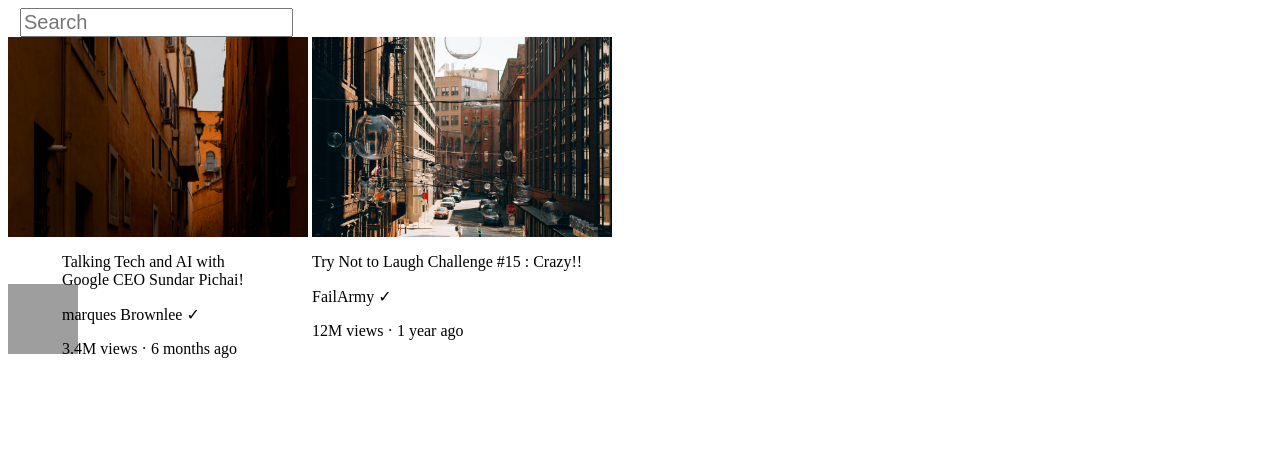
Repository: Yeyolive/WebDev_Collab_2025
Page: Basic_Projects/HTML-CSS course/youtube/youtube.html
An editor plug-in stored every save of this project. The page is shown before and after the next save, followed by the edit.
The browser window is 1280 px wide. The pictures show the whole page.
Pictures or frames that could not be fetched are drawn as grey boxes.

Above is the page before, as saved 2025-11-26 11:30:11.

After the next save:
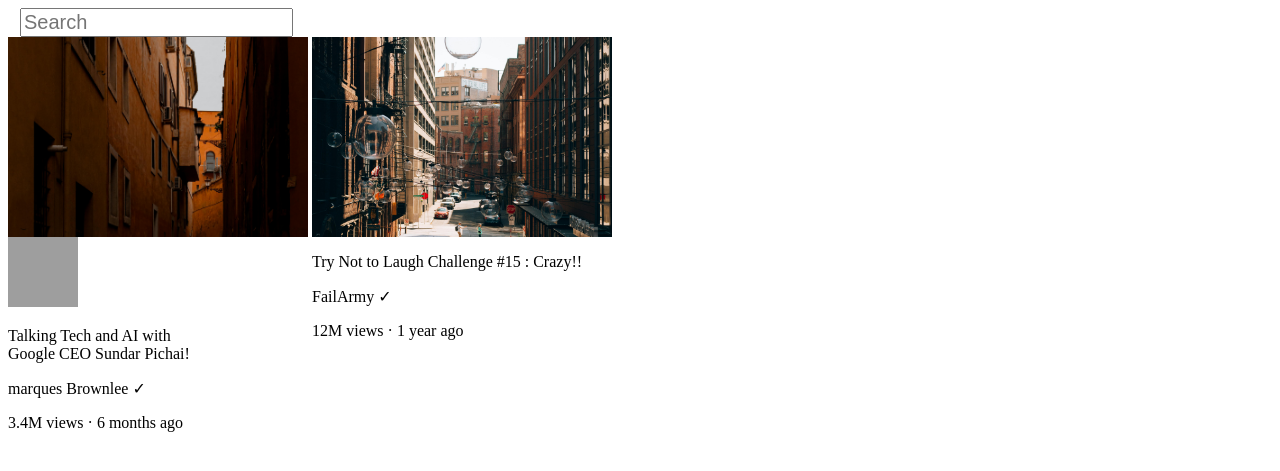
Saved 61 s later.
--- a/Basic_Projects/HTML-CSS course/youtube/youtube.html
+++ b/Basic_Projects/HTML-CSS course/youtube/youtube.html
@@ -23,8 +23,9 @@
       </div>
 
       <div>
-        <div class="avatar-picture">
+        <div class="channel-picture">
           <img
+            class="profile-picture"
             src="images/Avatars/pexels-francisco-rivera-1446873-2853507.jpg"
             alt="profile pic"
             width="70px"

After the save that followed:
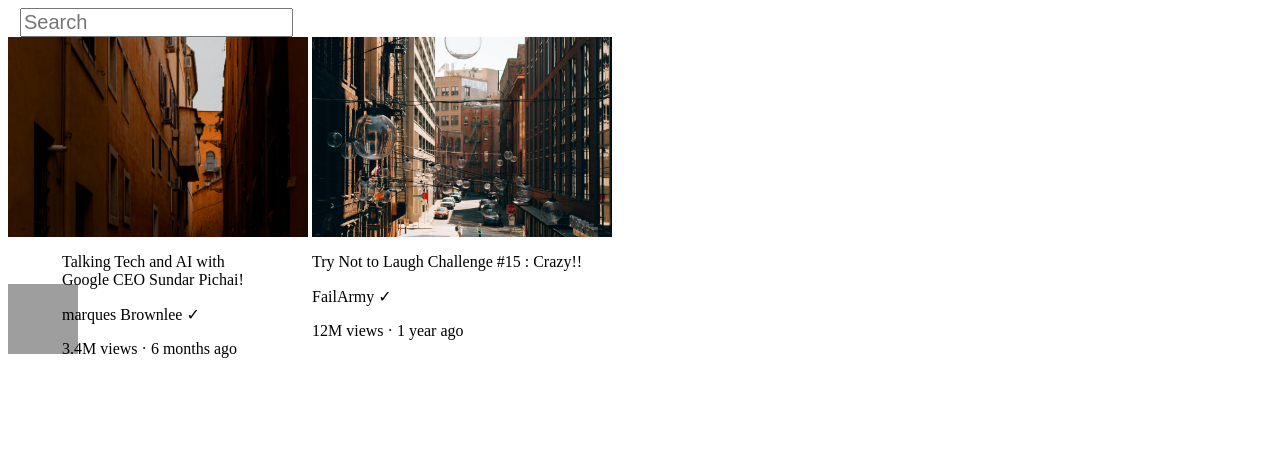
Saved 8 s later.
--- a/Basic_Projects/HTML-CSS course/youtube/youtube.css
+++ b/Basic_Projects/HTML-CSS course/youtube/youtube.css
@@ -23,7 +23,7 @@
   display: block;
 }
 
-.avatar-picture {
+.channel-picture {
   display: inline-block;
   width: 50px;
 }
